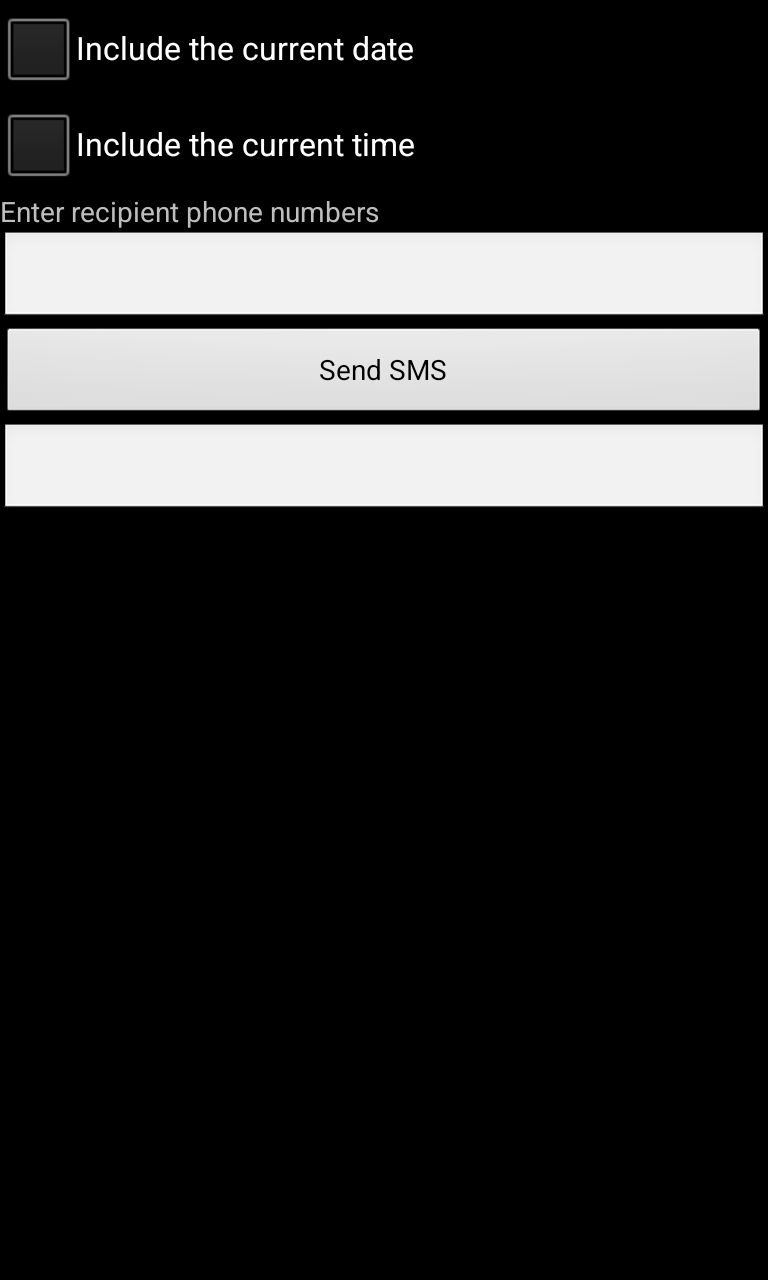
Repository: RaabsIn513/eclipse_workspace
Layout: Copy of SAS_revA/res/layout/main_sms_settings.xml
These files come from the project's save history. The layout is drawn as it stood at one moment and after the next save; the edit follows.
It is drawn on a 768 x 1280 px phone screen (xhdpi) without system bars, with theme android:Theme; the app's code is not run.

Above is the layout before, as saved 2012-02-16 20:46:05.

After the next save:
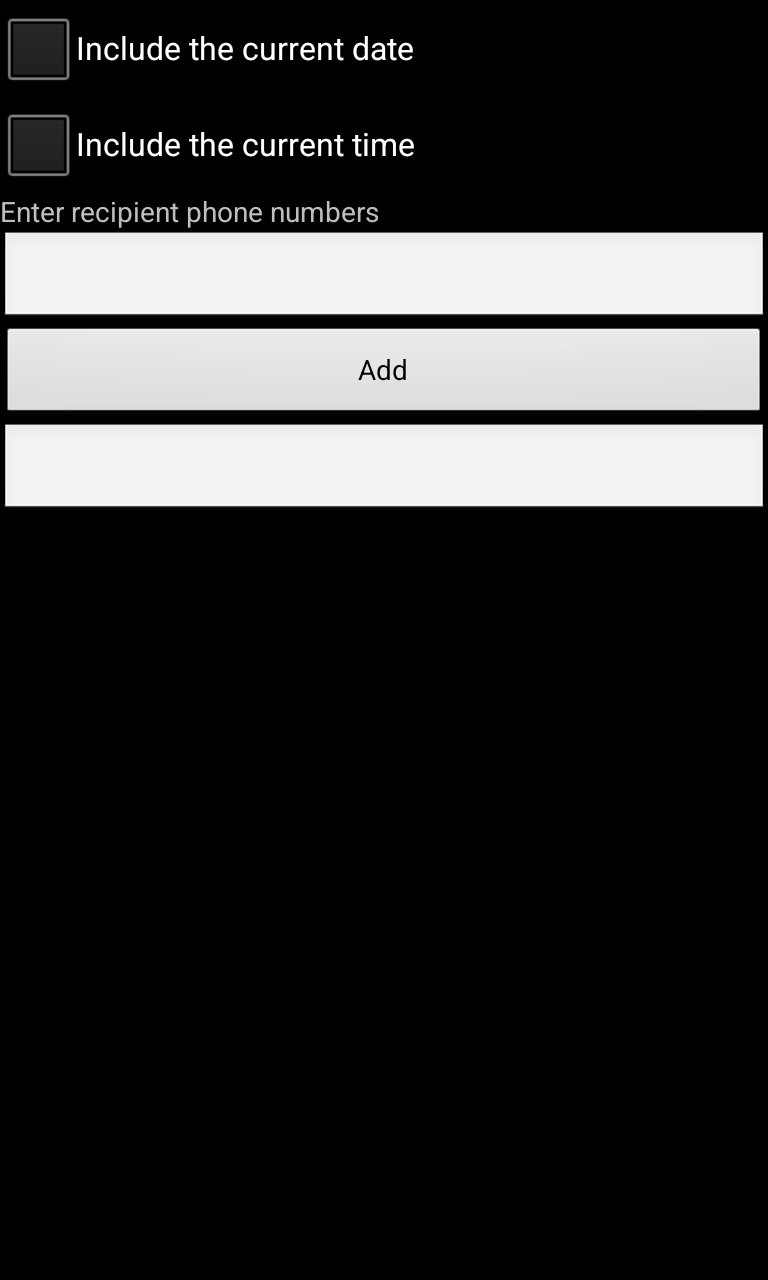
Saved 38 s later.
--- a/Copy of SAS_revA/res/layout/main_sms_settings.xml
+++ b/Copy of SAS_revA/res/layout/main_sms_settings.xml
@@ -27,10 +27,10 @@
 	</EditText>
 
 	<Button
-        android:id="@+id/btnSendSMS"
+        android:id="@+id/btnAddToList"
         android:layout_width="fill_parent"
         android:layout_height="wrap_content"
-        android:text="Send SMS" />
+        android:text="Add" />
 
 	<EditText
 	    android:id="@+id/editText2"
